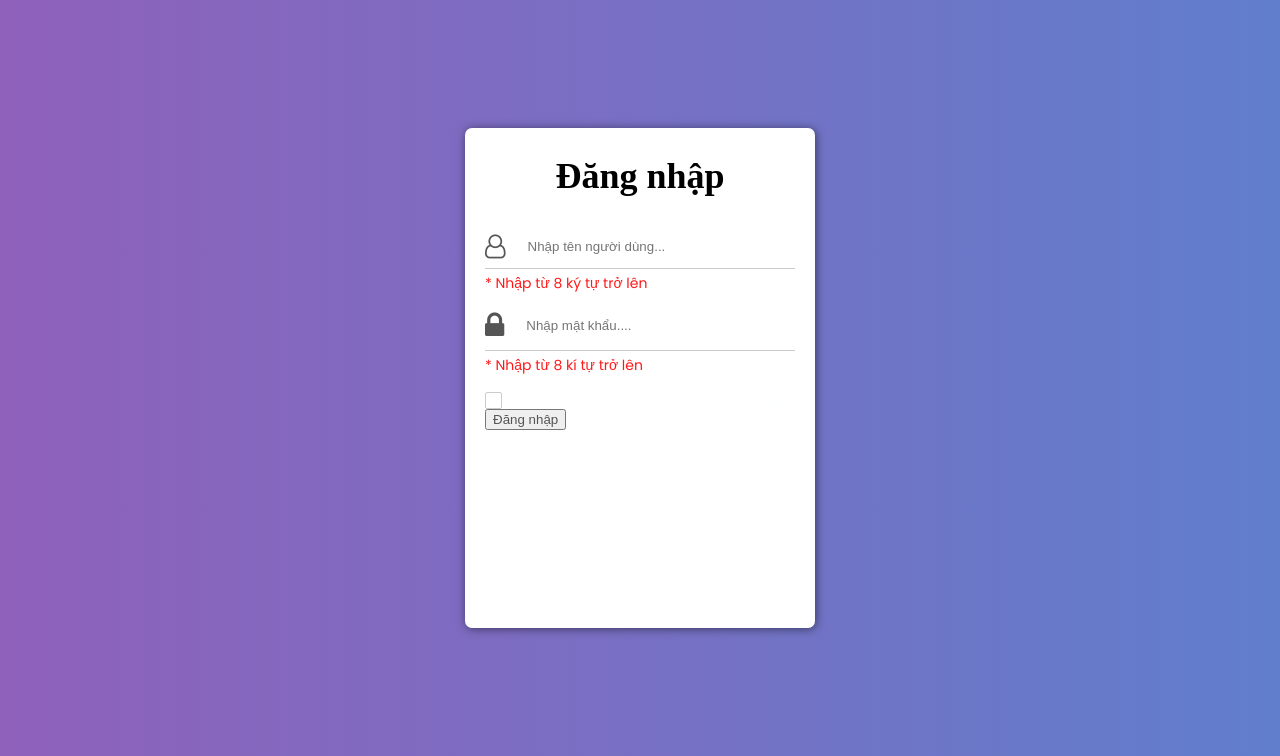
Repository: Nieday306/shophoaqua
Page: login.html
The author's editor kept a copy of each file at every save. The page is drawn from the files as they stood at one save, then again after the next save.
The browser window is 1280 px wide. The pictures show the whole page.

Above is the page before, as saved 2024-04-06 18:22:56.

### login.html
<!DOCTYPE html>
<html lang="en">
  <head>
    <meta charset="UTF-8" />
    <meta name="viewport" content="width=device-width, initial-scale=1.0" />
    <!-- reset css -->
    <link rel="stylesheet" href="./assets/css/reset.css" />
    <!-- style css -->
    <link rel="stylesheet" href="./assets/css/style.css" />
    <!-- login css -->
    <link rel="stylesheet" href="./assets/css/login.css" />
    <!-- font  -->
    <link rel="stylesheet" href="./assets/font/stylesheet.css" />
    <title>CTN - Đăng nhập</title>
    <!-- font awesome -->
    <link
      rel="stylesheet"
      href="https://cdnjs.cloudflare.com/ajax/libs/font-awesome/4.7.0/css/font-awesome.min.css"
    />
  </head>
  <body>
    <main>
      <div class="login">
        <form
          action="https://api-gateway.fullstack.edu.vn/action_page.php"
          method="post"
          autocomplete="off"
        >
          <h1 class="login-title">Đăng nhập</h1>
          <div class="form-group">
            <div class="row row-text">
              <label for="username"
                ><i class="fa fa-user-o" style="font-size: 24px"></i
              ></label>
              <input
                type="text"
                name="username"
                id="username"
                placeholder="Nhập tên người dùng..."
                required
                minlength="8"
              />
            </div>
            <p class="form-error">* Nhập từ 8 ký tự trở lên</p>
          </div>
          <div class="form-group">
            <div class="row row-text">
              <label for="password">
                <i class="fa fa-lock" style="font-size: 30px"></i>
              </label>
              <input
                type="text"
                name="password"
                id="password"
                placeholder="Nhập mật khẩu...."
                required
                minlength="8"
              />
            </div>
            <p class="form-error">* Nhập từ 8 kí tự trở lên</p>
          </div>
          <div class="form-group">
            <div class="row row-remember">
              <input type="checkbox" name="remember" id="remember" hidden />
              <label class="remember" for="remember">Lưu đăng nhập</label>
              <a href="#!" class="forgot-pass">Quên mật khẩu?</a>
            </div>
          </div>
          <div class="form-group">
            <div class="row">
              <input type="submit" value="Đăng nhập" />
            </div>
          </div>
        </form>
      </div>
    </main>
  </body>
</html>

### assets/css/style.css
* {
  box-sizing: border-box;
}

html,
body {
  scroll-behavior: smooth;
}

html {
  font-size: 62.5%;
}

body {
  font-size: 1.6rem;
  font-family: "Poppins", sans-serif;
  margin: 0px auto;
}

### assets/css/login.css
:root {
  --color-word: #feffff;
}

body {
  background-image: linear-gradient(to right, #8f61bb, #607ecc);
}

/* ==================common=================== */
a {
  text-decoration: none;
  color: var(--color-word);
  font-size: 1.4rem;
  font-weight: 500;
}
/* main */

main {
  display: flex;
}

.login {
  background-color: #fff;
  width: 350px;
  min-height: 500px;
  margin: 10% auto;
  border-radius: 7px;
  box-shadow: 1px 1px 10px rgb(0, 0, 0, 0.5);
  padding: 0 20px;
}

.row {
  display: flex;
  justify-content: space-between;
  align-items: center;
}

.login-title {
  margin-top: 30px;
  font-family: "Times New Roman", Times, serif;
  font-size: 3.6rem;
  font-weight: 600;
  color: #000;
  text-align: center;
  margin-bottom: 40px;
}

.fa,
input {
  color: #555;
}

input[type="text"] {
  width: 100%;
  background-color: transparent;
  outline: none;
  border: none;
  margin-left: 20px;
}

.row-text {
  padding-bottom: 10px;
  border-bottom: 1px solid #ccc;
}

.form-error {
  color: red;
  opacity: 0.9;
  font-size: 1.4rem;
  margin: 7px 0 20px;
  /* visibility: hidden; */
}

input[type="text"]:has(:invalid) ~ .form-error {
  visibility: visible;
}

.row-remember {
  margin-top: 10px;
}

.remember {
  position: relative;
  display: flex;
  align-items: center;
  gap: 10px;
  color: var(--color-word);
  font-size: 1.4rem;
}

.remember::before {
  content: "";
  display: inline-block;
  width: 15px;
  height: 15px;
  background-color: #fff;
  border: 1px solid#ccc;
  border-radius: 2px;
}

input[type="checkbox"]:checked ~ .remember::after {
  position: absolute;
  content: "";
  display: inline-block;
  height: 5px;
  width: 10px;
  top: 2px;
  left: 2px;
  border: 3px solid #737499;
  border-top: none;
  border-right: none;
  rotate: -45deg;
}

.remember::before,
.remember::after {
  cursor: pointer;
}

.forgot-pass {
}

### assets/font/stylesheet.css
@font-face {
    font-family: 'Poppins';
    src: url('Poppins-Black.woff2') format('woff2'),
        url('Poppins-Black.woff') format('woff');
    font-weight: 900;
    font-style: normal;
    font-display: swap;
}

@font-face {
    font-family: 'Poppins';
    src: url('Poppins-Bold.woff2') format('woff2'),
        url('Poppins-Bold.woff') format('woff');
    font-weight: bold;
    font-style: normal;
    font-display: swap;
}

@font-face {
    font-family: 'Poppins';
    src: url('Poppins-BlackItalic.woff2') format('woff2'),
        url('Poppins-BlackItalic.woff') format('woff');
    font-weight: 900;
    font-style: italic;
    font-display: swap;
}

@font-face {
    font-family: 'Poppins';
    src: url('Poppins-BoldItalic.woff2') format('woff2'),
        url('Poppins-BoldItalic.woff') format('woff');
    font-weight: bold;
    font-style: italic;
    font-display: swap;
}

@font-face {
    font-family: 'Poppins';
    src: url('Poppins-ExtraLightItalic.woff2') format('woff2'),
        url('Poppins-ExtraLightItalic.woff') format('woff');
    font-weight: 200;
    font-style: italic;
    font-display: swap;
}

@font-face {
    font-family: 'Poppins';
    src: url('Poppins-ExtraBoldItalic.woff2') format('woff2'),
        url('Poppins-ExtraBoldItalic.woff') format('woff');
    font-weight: bold;
    font-style: italic;
    font-display: swap;
}

@font-face {
    font-family: 'Poppins';
    src: url('Poppins-ExtraBold.woff2') format('woff2'),
        url('Poppins-ExtraBold.woff') format('woff');
    font-weight: bold;
    font-style: normal;
    font-display: swap;
}

@font-face {
    font-family: 'Poppins';
    src: url('Poppins-Italic.woff2') format('woff2'),
        url('Poppins-Italic.woff') format('woff');
    font-weight: normal;
    font-style: italic;
    font-display: swap;
}

@font-face {
    font-family: 'Poppins';
    src: url('Poppins-ExtraLight.woff2') format('woff2'),
        url('Poppins-ExtraLight.woff') format('woff');
    font-weight: 200;
    font-style: normal;
    font-display: swap;
}

@font-face {
    font-family: 'Poppins';
    src: url('Poppins-Regular.woff2') format('woff2'),
        url('Poppins-Regular.woff') format('woff');
    font-weight: normal;
    font-style: normal;
    font-display: swap;
}

@font-face {
    font-family: 'Poppins';
    src: url('Poppins-LightItalic.woff2') format('woff2'),
        url('Poppins-LightItalic.woff') format('woff');
    font-weight: 300;
    font-style: italic;
    font-display: swap;
}

@font-face {
    font-family: 'Poppins';
    src: url('Poppins-SemiBold.woff2') format('woff2'),
        url('Poppins-SemiBold.woff') format('woff');
    font-weight: 600;
    font-style: normal;
    font-display: swap;
}

@font-face {
    font-family: 'Poppins';
    src: url('Poppins-Light.woff2') format('woff2'),
        url('Poppins-Light.woff') format('woff');
    font-weight: 300;
    font-style: normal;
    font-display: swap;
}

@font-face {
    font-family: 'Poppins';
    src: url('Poppins-Medium.woff2') format('woff2'),
        url('Poppins-Medium.woff') format('woff');
    font-weight: 500;
    font-style: normal;
    font-display: swap;
}

@font-face {
    font-family: 'Poppins';
    src: url('Poppins-MediumItalic.woff2') format('woff2'),
        url('Poppins-MediumItalic.woff') format('woff');
    font-weight: 500;
    font-style: italic;
    font-display: swap;
}

@font-face {
    font-family: 'Poppins';
    src: url('Poppins-Thin.woff2') format('woff2'),
        url('Poppins-Thin.woff') format('woff');
    font-weight: 100;
    font-style: normal;
    font-display: swap;
}

@font-face {
    font-family: 'Poppins';
    src: url('Poppins-ThinItalic.woff2') format('woff2'),
        url('Poppins-ThinItalic.woff') format('woff');
    font-weight: 100;
    font-style: italic;
    font-display: swap;
}

@font-face {
    font-family: 'Poppins';
    src: url('Poppins-SemiBoldItalic.woff2') format('woff2'),
        url('Poppins-SemiBoldItalic.woff') format('woff');
    font-weight: 600;
    font-style: italic;
    font-display: swap;
}

Loaded but not shown: assets/css/reset.css (common file)

After the next save:
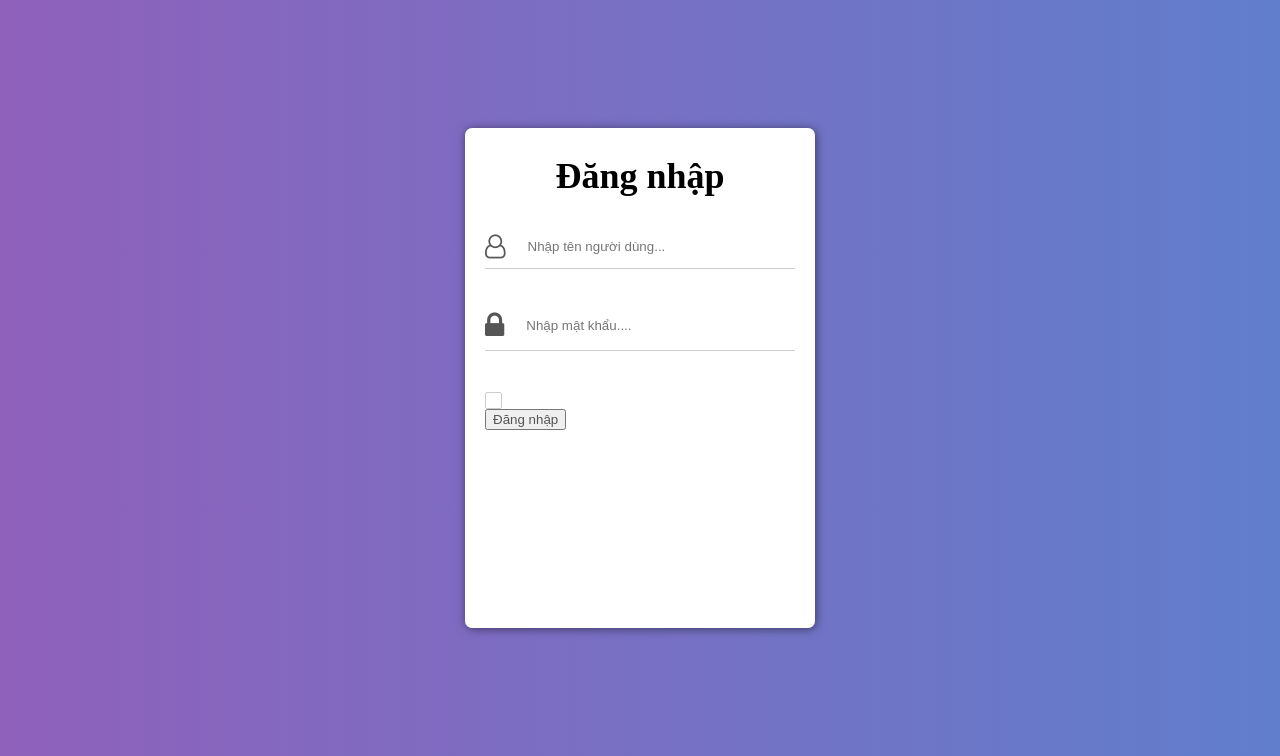
Saved 16 s later.
--- a/assets/css/login.css
+++ b/assets/css/login.css
@@ -68,7 +68,7 @@ input[type="text"] {
   opacity: 0.9;
   font-size: 1.4rem;
   margin: 7px 0 20px;
-  /* visibility: hidden; */
+  visibility: hidden;
 }
 
 input[type="text"]:has(:invalid) ~ .form-error {
